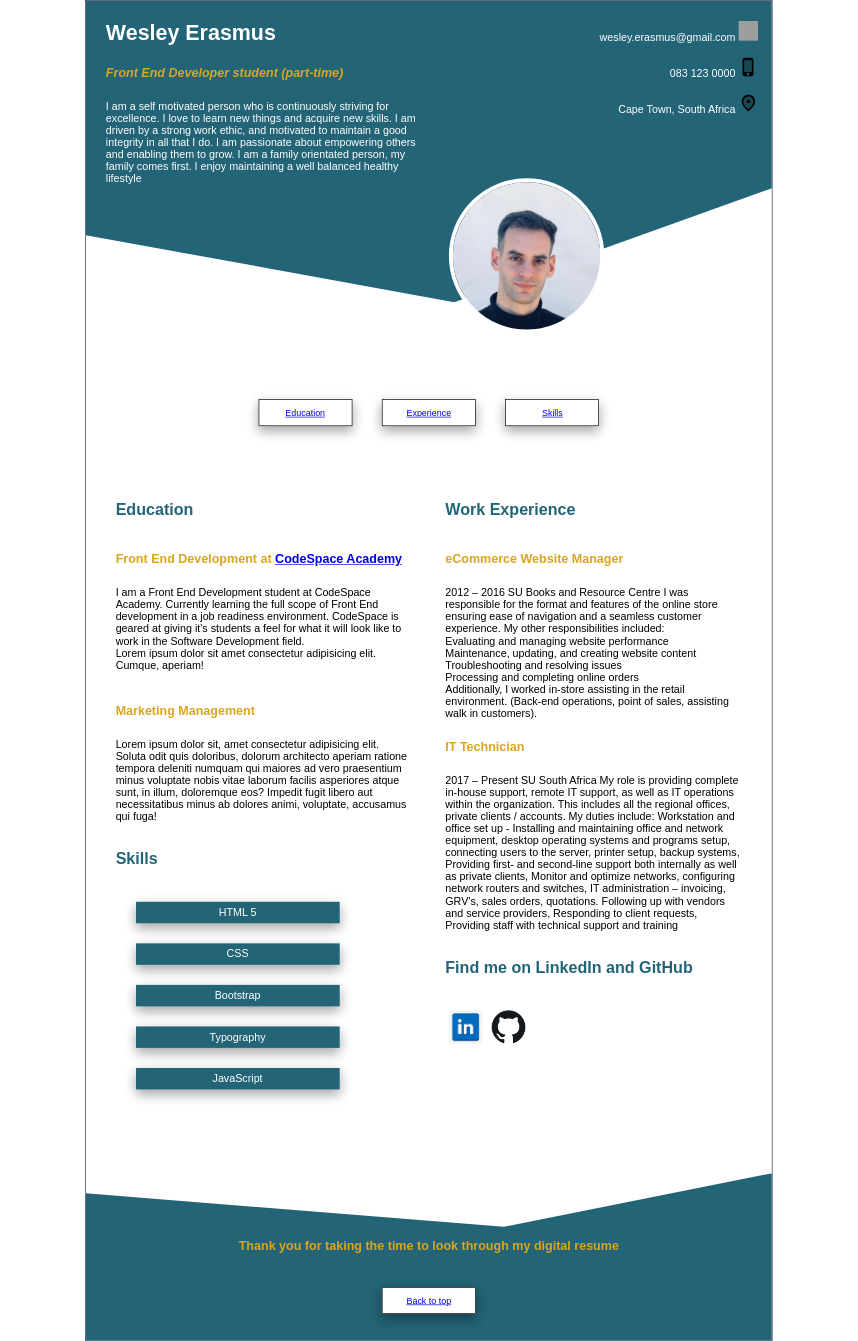
Repository: WesleyErasmus/myDigitalResume
Page: Resume-Projec-3/index.html
The author's editor kept a copy of each file at every save. The page is drawn from the files as they stood at one save, then again after the next save.
The browser window is 1280 px wide. The pictures show the whole page, at 67% of full size.
Pictures or frames that could not be fetched are drawn as grey boxes.

Above is the page before, as saved 2022-02-12 23:19:21.

### Resume-Projec-3/index.html
<!DOCTYPE html>
<html lang="en">

<head>
  <meta charset="UTF-8">
  <meta http-equiv="X-UA-Compatible" content="IE=edge">
  <meta name="viewport" content="width=device-width, initial-scale=1.0">
  <title>Hello World</title>
  <link rel="stylesheet" href="styles.css">
</head>

<body>
  <div id="top-of-webpage"></div>
  <header>
    <div class="title">
      <h1>Wesley Erasmus</h1>
      <h3> <em>Front End Developer student (part-time)</em></h3>
        <p>I am a self motivated person who is continuously striving for excellence. I love to learn new things and
          acquire new skills. I am driven by a strong work ethic, and motivated to maintain a good integrity in all that I
          do. I am passionate about empowering others and enabling them to grow. I am a family orientated person, my
          family comes first. I enjoy maintaining a well balanced healthy lifestyle
      </p>
    </div>

       <ul class="contact-details">
          <li>wesley.erasmus@gmail.com <img src="svg/email.svg" alt="Gmail" style="width: 30px; height: 30px;"> </li>
          <li>083 123 0000 <img src="svg/phone.svg" alt="Cell number" style="width: 30px; height: 30px;"> </li>
          <li>Cape Town, South Africa <img src="svg/location2.svg" alt="Location" style="width: 30px; height: 30px;"> </li>
      </ul>
  </header>
        <img id="headshot" src="images/headshot.jpeg" alt="Portrait image of Wesley Erasmus">
    <svg class="svg-top" width="1024px">
        <polygon fill="#236477" points="0,0 1024,0 1024,280 550,450 0,350" />
    </svg>
  <nav>
    <ul class="page-links">
      <li> <button><a href="#Education">Education</a></button></li>
      <li><button><a href="#Experience">Experience</a></button></li>
      <li><button><a href="#Skills">Skills</a></button></li>
    </ul>
  </nav>

  <main>
    <div class="flex-col-1">
      <h2 class="color-headings" id="Education">Education</h2>
      <h3>Front End Development at <a href="https://www.codespace.co.za/" target="_blank">CodeSpace Academy</a> </h3>
          <p>I am a Front End Development student at CodeSpace Academy. Currently learning the full scope of Front End
          development in a job readiness environment. CodeSpace is geared at giving it's students a feel for what it will
          look like to work in the Software Development field.
        </p>
        <p>
          Lorem ipsum dolor sit amet consectetur adipisicing elit. Cumque, aperiam!
        </p>
      <br>
      <h3>Marketing Management</h3>
          <p>Lorem ipsum dolor sit, amet consectetur adipisicing elit. Soluta odit quis doloribus, dolorum architecto
            aperiam ratione tempora deleniti numquam qui maiores ad vero praesentium minus voluptate nobis vitae laborum
            facilis asperiores atque sunt, in illum, doloremque eos? Impedit fugit libero aut necessitatibus minus ab
            dolores animi, voluptate, accusamus qui fuga!
          </p>
      <h2 class="color-headings" id="Skills">Skills</h2>
        <ul class="skills">
          <li>HTML 5</li>
          <li>CSS</li>
          <li>Bootstrap</li>
          <li>Typography</li>
          <li>JavaScript</li>
        </ul>
    </div>

    <div class="flex-col-1">
      <h2 class="color-headings" id="Experience">Work Experience</h2>
      <h3>eCommerce Website Manager</h3>
      <p>2012 – 2016
        SU Books and Resource Centre
        I was responsible for the format and features of the online store ensuring ease of navigation and a seamless
        customer experience. My other responsibilities included:
      </p>
      <ul class="0l">
        <li>Evaluating and managing website performance</li>
        <li>Maintenance, updating, and creating website content</li>
        <li>Troubleshooting and resolving issues </li>
        <li>Processing and completing online orders</li>
      </ul>
          <p>Additionally, I worked in-store assisting in the retail environment. (Back-end operations, point of sales,
          assisting walk in customers).
        </p>
      <h3>IT Technician</h3>
            <p>2017 – Present
              SU South Africa
              My role is providing complete in-house support, remote IT support, as well as IT operations within the
              organization. This includes all the regional offices, private clients / accounts. My duties include: Workstation
              and office set up - Installing and maintaining office and network equipment, desktop operating systems and
              programs setup, connecting users to the server, printer setup, backup systems, Providing first- and second-line
              support both internally as well as private clients, Monitor and optimize networks, configuring network routers
              and switches, IT administration – invoicing, GRV’s, sales orders, quotations. Following up with vendors and
              service providers, Responding to client requests, Providing staff with technical support and training
            </p>
      <h2 class="color-headings">Find me on LinkedIn and GitHub</h2>
          <ul class="git-linkedin-icons">
            <li><a href="https://www.linkedin.com/feed/" target="_blank"><img src="icons/Linkedin-PNG.png"
                  alt="LinkedIn profile" style="width: 50px; height: 50px;"></a></li>
            <li><a href="https://github.com/WesleyErasmus" target="_blank"> <img src="icons/github.svg.png"
                  alt="LinkedIn profile" style="width: 50px; height: 50px;"></a></li>
          </ul>
      </div>
  </main>
  <footer>
    <h3>Thank you for taking the time to look through my digital resume</h3>
    <button class="home-btn"><a href="#top-of-webpage">Back to top</a></button>

    <svg class="svg-bot">
      <!-- <rect width="100%" height="100%" fill="red" />
      <circle cx="100%" cy="100%" r="150" fill="blue" stroke="black" /> -->
      <polygon points="0,30 624,80 1024,0 1024,250 0,250" fill="#236477"/>
    </svg>

  </footer>
</body>



<!-- 0,0 1024,200 0,225 -->

</html>

### Resume-Projec-3/styles.css
* {
  margin: 0;
  padding: 0;
  font-family: sans-serif;
}
body {
    position: relative;
  max-width: 1024px;
  height: 2000px;
  margin: 0 auto;
  border: 1px solid #173042;
}
ul {
  list-style-type: none;
}
header {
  display: flex;
  width: 100%;
  color: #fff;
  margin-bottom: 50px;
}
h3 {
  color: goldenrod;
  margin-top: 30px;
  margin-bottom: 30px;
}
.contact-details {
  padding-top: 20px;
  width: 50%;
  text-align: right;
  list-style-type: none;
}
.contact-details li {
  padding: 10px 20px 10px 10px;
  text-align: right;
  list-style-type: none;
}

.title {
  width: 50%;
  padding: 30px;
}
#headshot {
  position: relative;
  float: right;
  right: 250px;
  top: -90px;
  width: 220px;
  height: 220px;
  border-radius: 50%;
  border: 6px solid #fff;
}

.svg-top {
  display: block;
  width: 1024px;
  z-index: -1;
  position: absolute;
  top: 0;
  width: 100%;
  height: 500px;
}
nav {
    padding-top: 30px;
    margin-top: 260px;
}
.page-links li {
  display: inline;
  background-color: #fff;
  margin: 20px;
}
button {
  color: #000;
  background-color: #fff;
  width: 140px;
  height: 40px;
  border: solid 1px black;
  box-shadow: 0 8px 16px 0 rgba(0, 0, 0, 0.2), 0 6px 20px 0 rgba(0, 0, 0, 0.19);
}
button:hover {
  cursor: pointer;
  background-color: whitesmoke;
}
a:visited {
  color: #173042;
}

a:active {
  color: blue;
}
.color-headings {
  color: #236477;
  margin: 40px 0 50px 0;
}
.page-links {
  text-align: center;
}

main {
    position: relative;
  margin: 50px 20px 0 20px;
  display: flex;
  flex-direction: row;
}
.flex-col-1,
.flex-col-2 {
  margin: 0 auto;
  text-align: left;
  width: 45%;
  padding: 20px;
}
.skills li {
  width: 290px;
  background-color: #236477;
  padding: 7px;
  margin: 30px;
  text-align: center;
  box-shadow: 0 8px 16px 0 rgba(0, 0, 0, 0.2), 0 6px 20px 0 rgba(0, 0, 0, 0.19);
  color: #fff;
}
.git-linkedin-icons li {
  margin: 5px;
  display: inline;
}
footer {
    position: absolute;
    width: 100%;
    bottom: 0px;
    text-align: center;
}
.home-btn{
    margin-top: 20px;
    margin-bottom: 40px;
}
.svg-bot {
    z-index: -1;
    display: block;
    z-index: -1;
    position: absolute;
    bottom: 0;
    width: 100%;
    height: 250px;
}

After the next save:
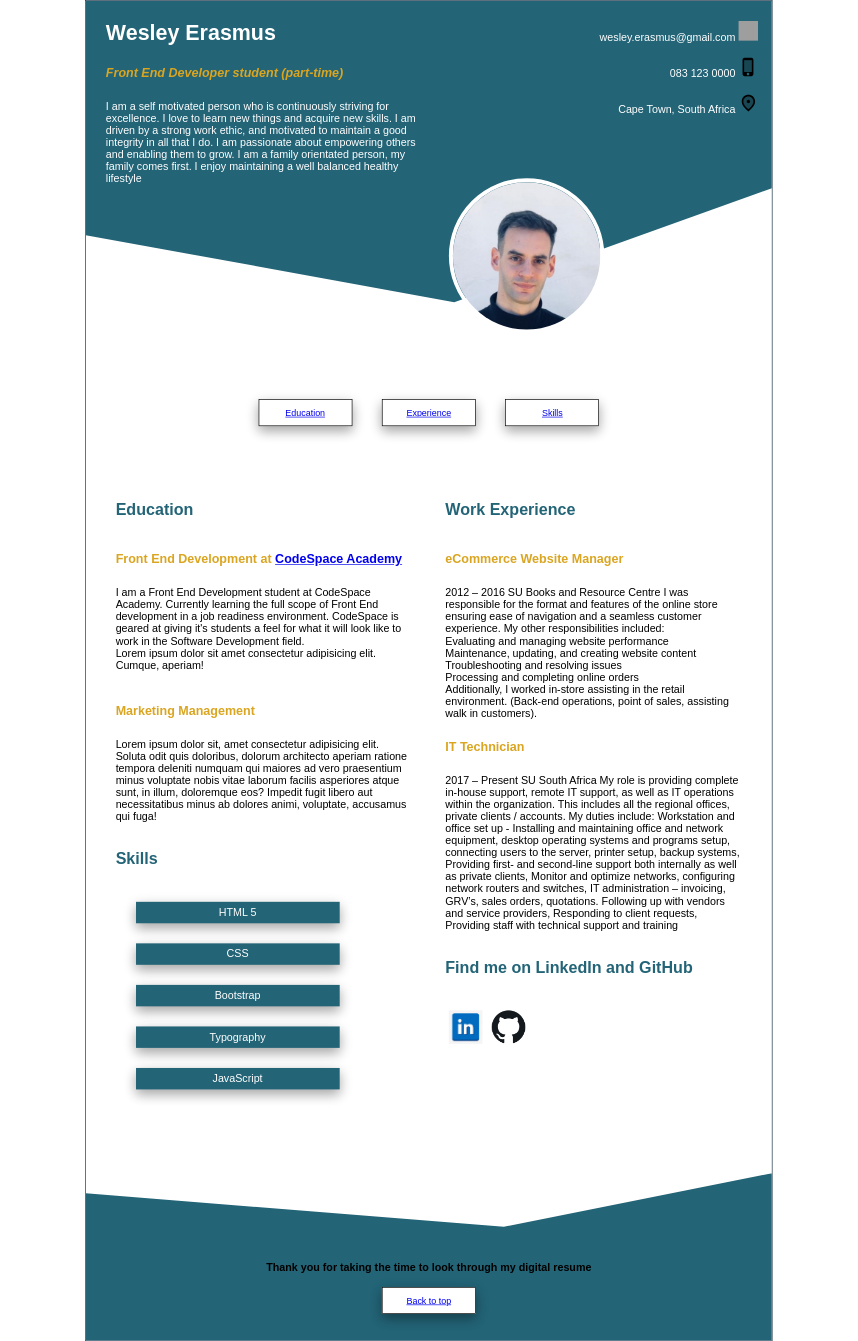
Saved 3 min 10 s later.
--- a/Resume-Projec-3/index.html
+++ b/Resume-Projec-3/index.html
@@ -106,7 +106,7 @@
       </div>
   </main>
   <footer>
-    <h3>Thank you for taking the time to look through my digital resume</h3>
+    <h4>Thank you for taking the time to look through my digital resume</h4>
     <button class="home-btn"><a href="#top-of-webpage">Back to top</a></button>
 
     <svg class="svg-bot">
